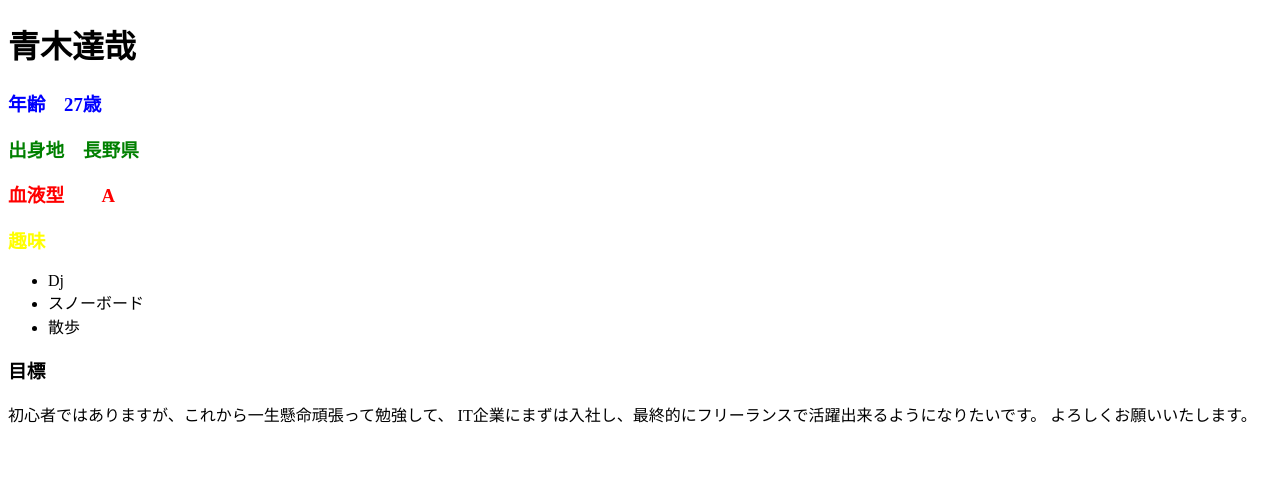
Repository: aotatsu8/samurai_HTML-CSS
Page: profile.html
The author's editor kept a record of every edit. The page is drawn from the files as they stood at one moment, then again after the next edit.
The browser window is 1280 px wide. The pictures show the whole page.

Above is the page before.

After the next edit:
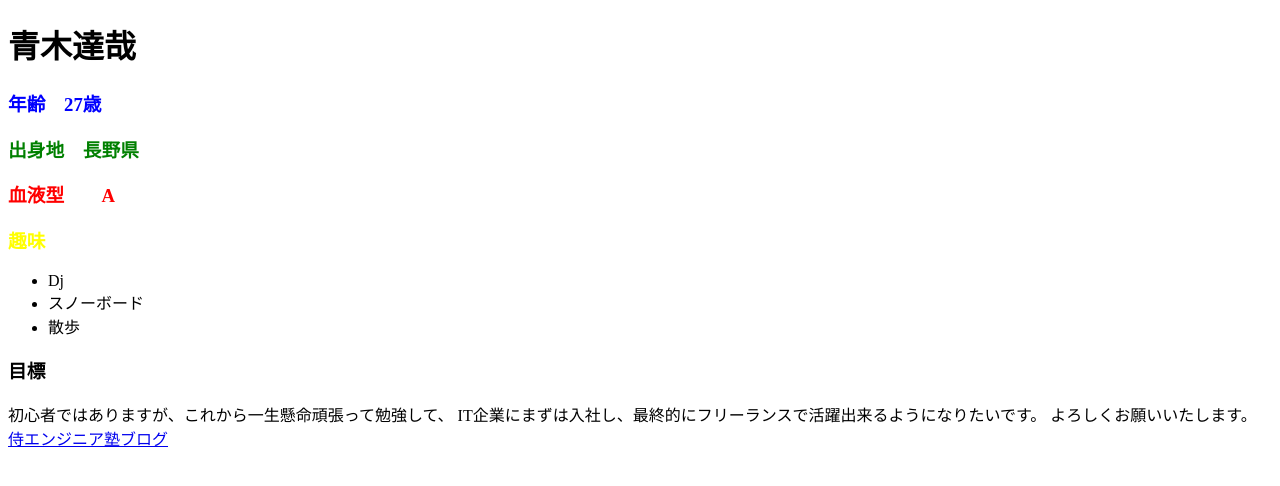
The edit:
--- a/profile.html
+++ b/profile.html
@@ -23,3 +23,8 @@
     よろしくお願いいたします。
     </body>
 </html>
+<html lang="ja">
+    <body>
+        <a href="https://www.sejuku.net/blog/">侍エンジニア塾ブログ</a>
+    </body>
+</html>
